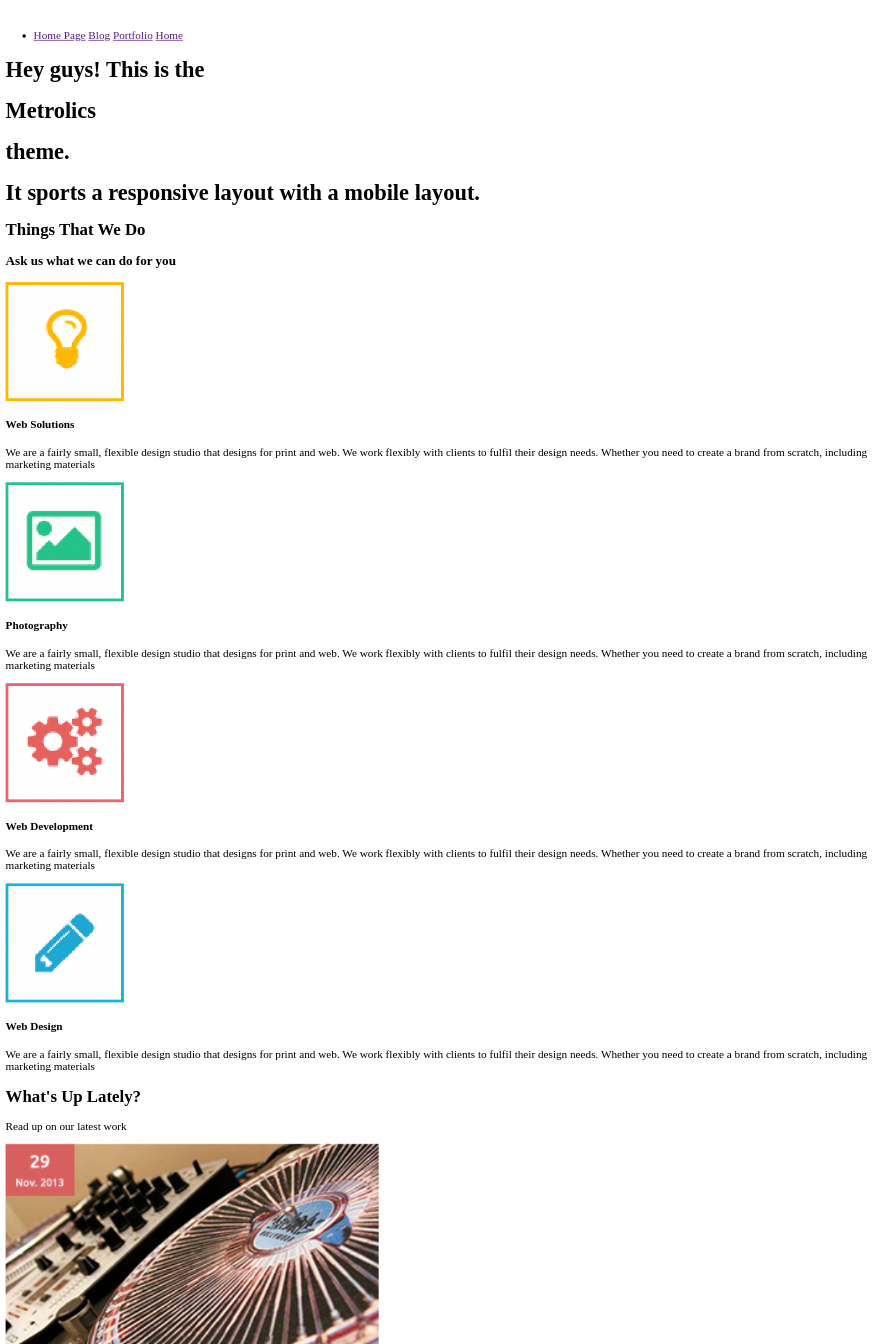
Repository: JerryWuOn/BCITPROJECT1-LAB-03B
Page: index.html
These files come from the project's save history. The page is drawn as it stood at one moment and after a run of saves; the edit follows.
The browser window is 1280 px wide. The pictures show the part of the page from y = 0 to 1920 px (the page is 9281 px tall before and 9315 px after), at 70% of full size.

Above is the page before, as saved 2023-01-27 18:01:58.

After the next 3 saves:
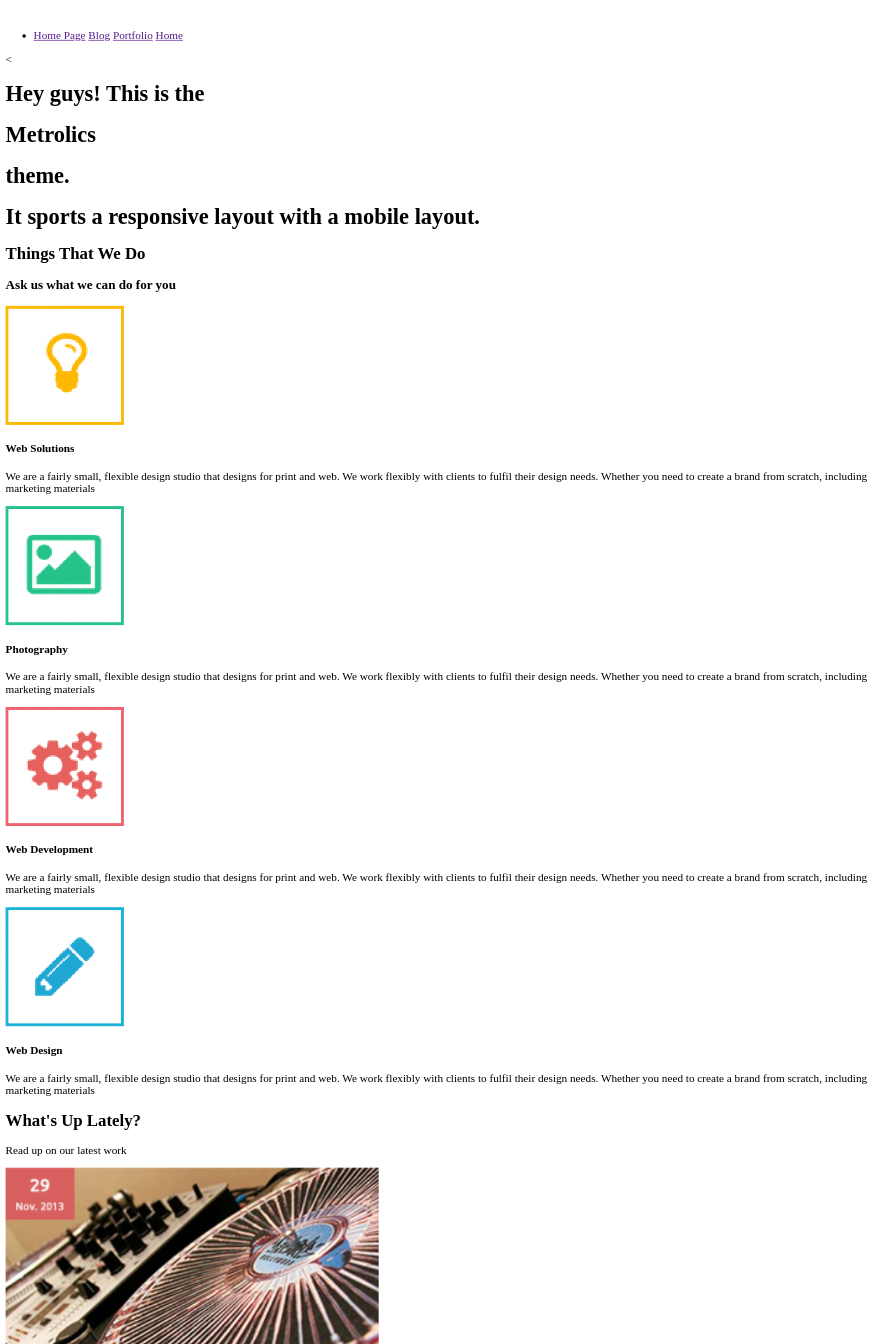
The 3 saves are shown as one change because they came seconds apart.
The last was saved 3 min 22 s later.
--- a/index.html
+++ b/index.html
@@ -22,6 +22,7 @@
         </ul>
       </section>
   </header>
+  <</p></b>
 
       <div class="slide-show">
 
